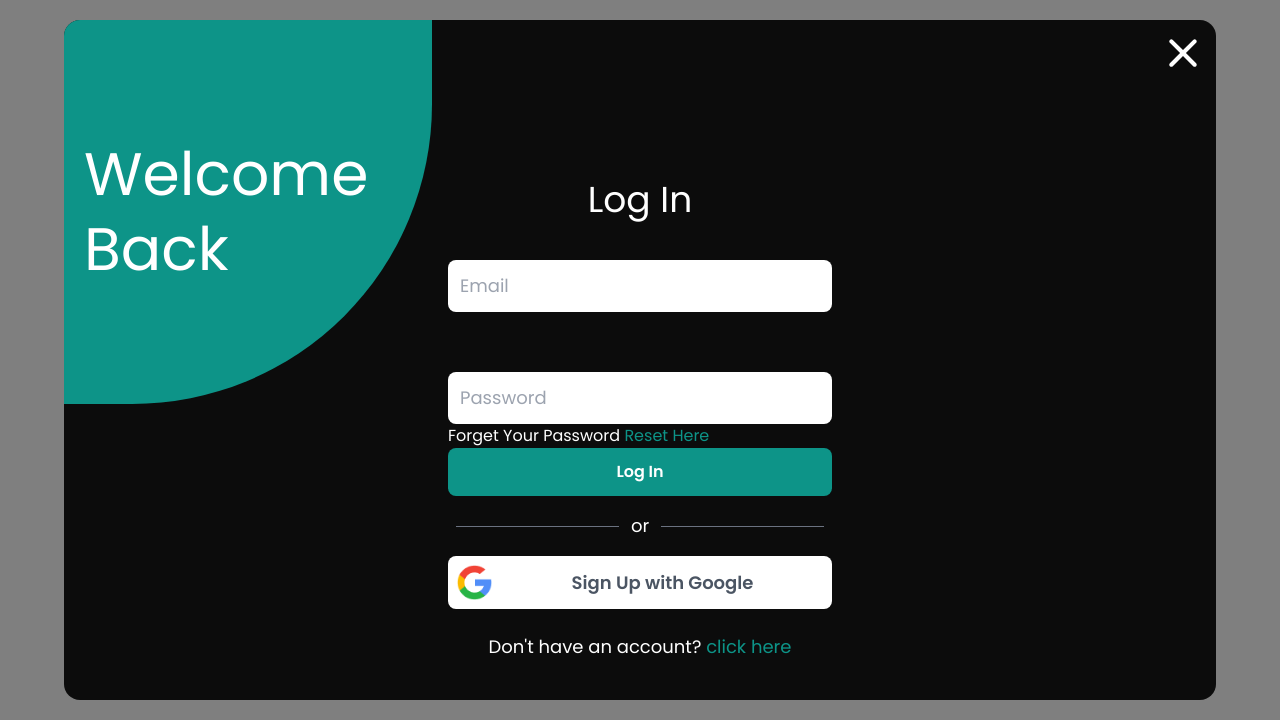
Repository: Ahmed77669/GT-Exams
Page: /
These files come from the project's save history. The page is drawn as it stood at one moment and after the next save; the edit follows.
The browser window is 1280 px wide. The pictures show the whole page.
The project was rebuilt for these pictures with package versions that can differ from the ones it lists, and the page was loaded fresh each time. The framework's server and built-in components were replaced by stand-ins that run in the browser. Also part of the build but not shown: next.config.mjs.

Above is the page before, as saved 2024-10-04 21:23:22.

After the next save:
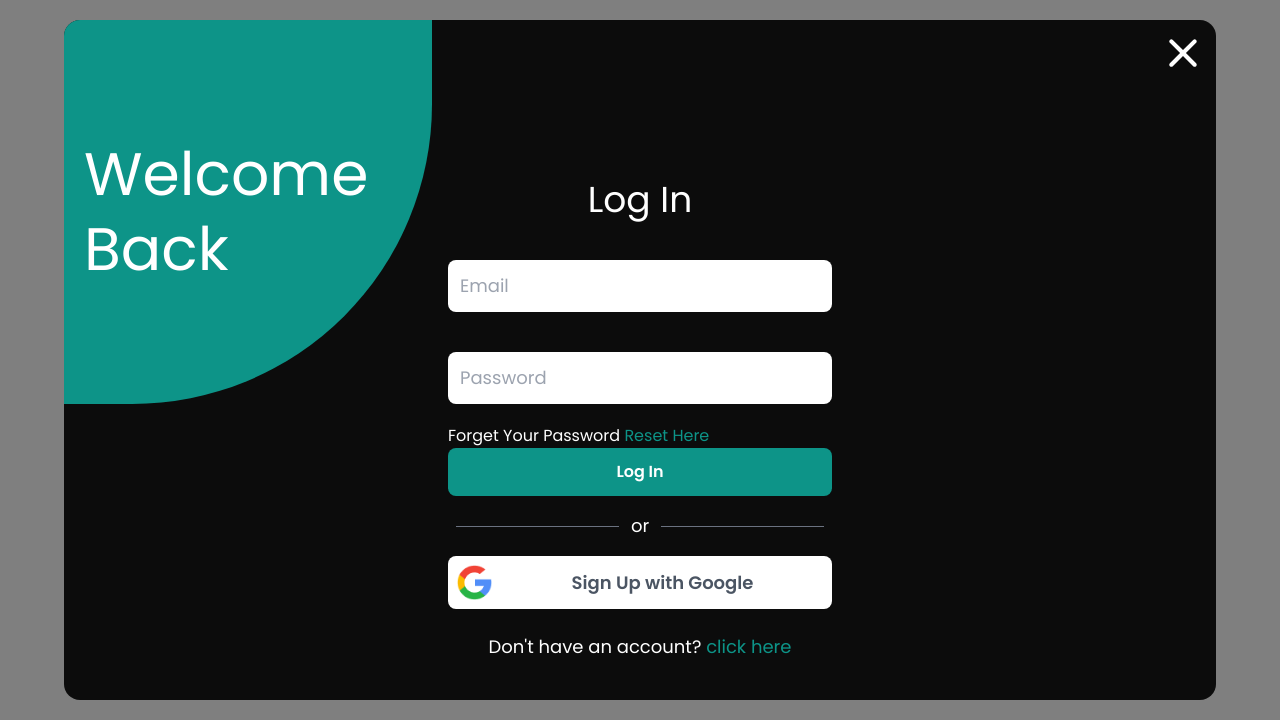
Saved 16 s later.
--- a/components/login.tsx
+++ b/components/login.tsx
@@ -56,7 +56,7 @@ const Login: React.FC<LoginProps> = ({ closeSignup, toggleForm }) => {
                   <input
                     type="password"
                     name="password"
-                    className="text-field w-96 text-lg p-3  rounded-lg text-black mt-5"
+                    className="text-field w-96 text-lg p-3  rounded-lg text-black mb-5"
                     placeholder="Password"
                     required
 
